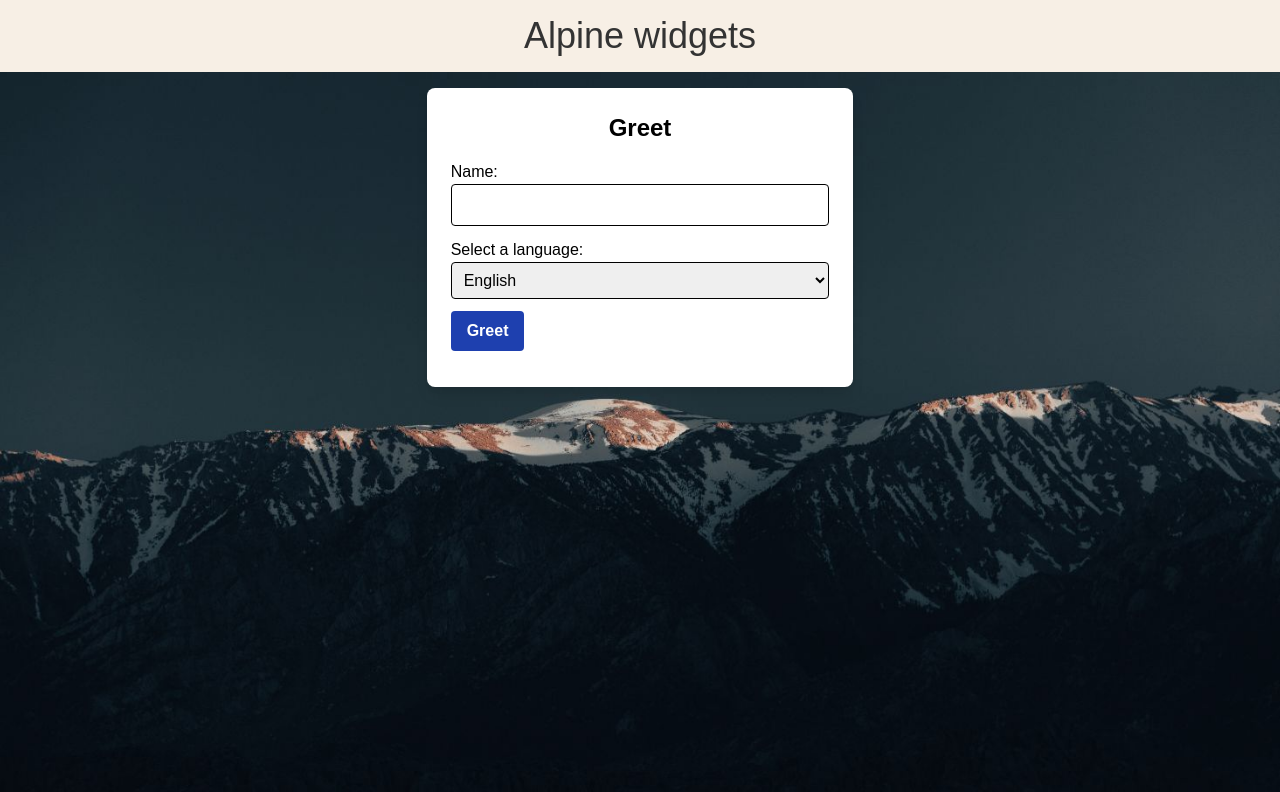
Repository: lasity34/alpine-bootcamp-widgets
Page: index.html
The author's editor kept a copy of each file at every save. The page is drawn from the files as they stood at one save, then again after the next save.
The browser window is 1280 px wide. The pictures show the whole page.
Some web fonts or font styles are not loaded; a fallback is used. Some web libraries are served in a nearby version.

Above is the page before, as saved 2023-07-12 11:48:12.

After the next save:
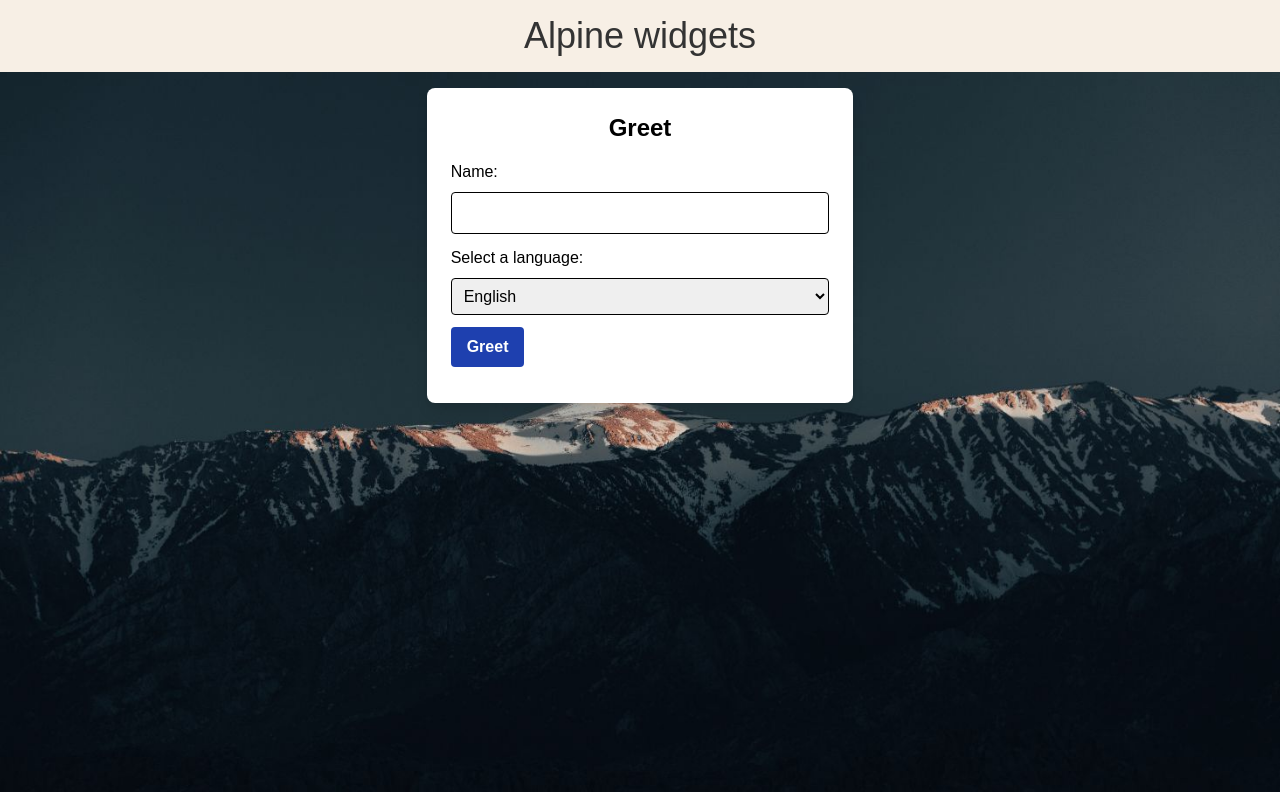
Saved 53 s later.
--- a/index.html
+++ b/index.html
@@ -26,17 +26,17 @@
       >
         <h2 class="text-2xl text-center font-bold mb-4 ">Greet</h2>
         <div>
-          <label class="pb-2">Name:</label>
+          <label >Name:</label>
           <input
             type="text"
             x-model="name"
-            class="border border-black p-2 rounded w-full"
+            class="border border-black p-2 mt-2 rounded w-full"
           />
 
           <label class="mt-3 block ">Select a language:</label>
           <select
             x-model="language"
-            class="border border-black p-2 rounded w-full"
+            class="border border-black mt-2 p-2 rounded w-full"
           >
             <option>English</option>
             <option>French</option>
